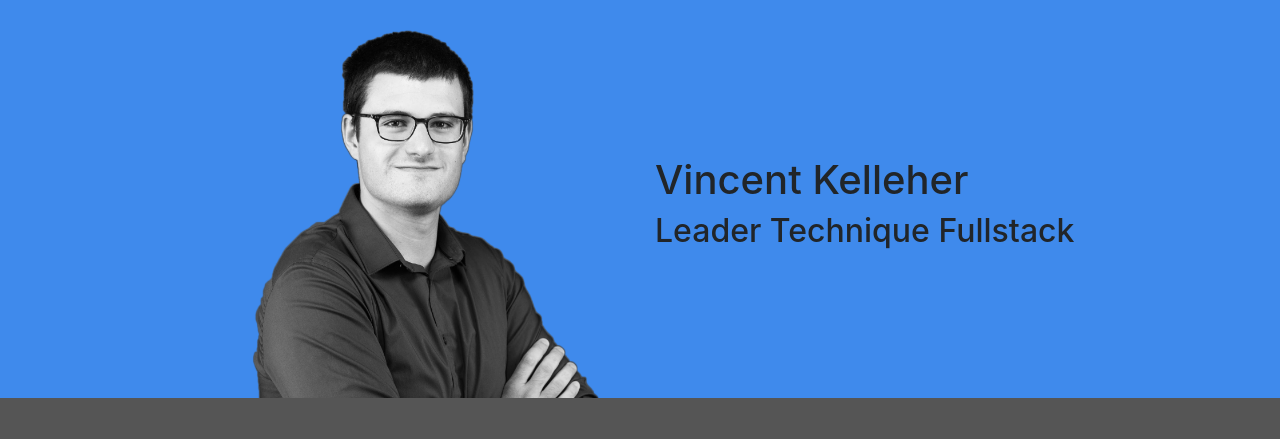
Repository: vincentkelleher/portfolio
Page: /
These files come from the project's save history. The page is drawn as it stood at one moment and after the next save; the edit follows.
The browser window is 1280 px wide. The pictures show the whole page.
The project was rebuilt for these pictures with package versions that can differ from the ones it lists, and the page was loaded fresh each time.

Above is the page before, as saved 2019-12-08 22:07:42.

After the next save:
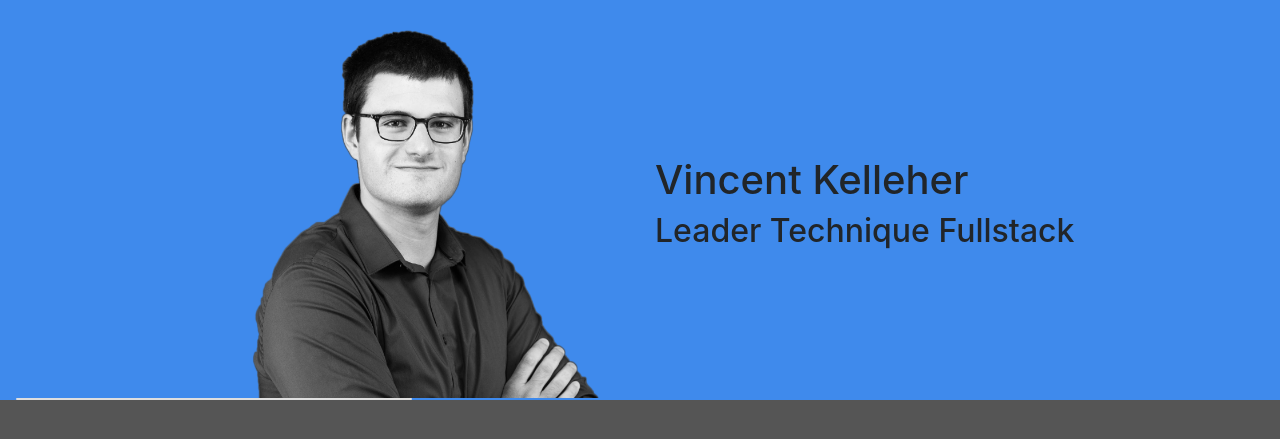
Saved 7 min 30 s later.
--- a/src/App.js
+++ b/src/App.js
@@ -1,5 +1,5 @@
 import React from 'react';
-import { Container, Row, Col } from 'react-bootstrap';
+import { Container, Row, Col, Card } from 'react-bootstrap';
 import { slideInLeft, slideInUp, slideInDown } from 'react-animations';
 import Radium, {StyleRoot} from 'radium';
 import './App.css';
@@ -40,7 +40,9 @@ function App() {
       </Row>
       <Row>
         <Col md="4">
-
+          <Card>
+            <Card.Img src="" />
+          </Card>
         </Col>
       </Row>
     </Container>
